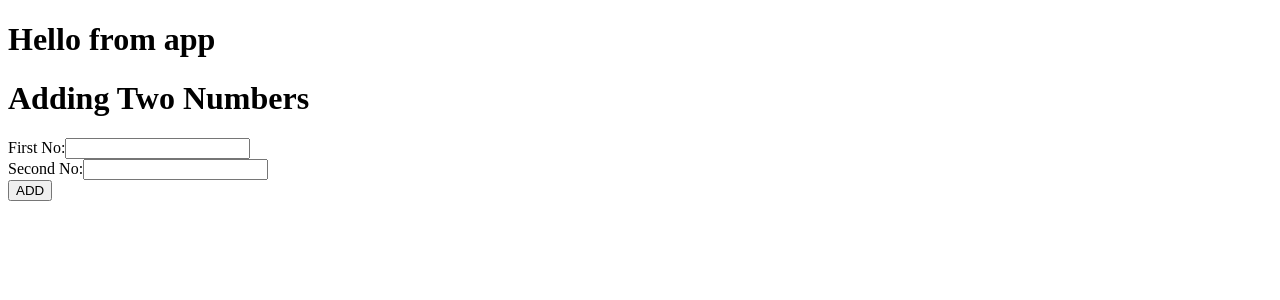
Repository: 1sanjeetsharma/cult-fit-clone
Page: /
An editor plug-in stored every save of this project. The page is shown before and after the next save, followed by the edit.
The browser window is 1280 px wide. The pictures show the whole page.
The project was rebuilt for these pictures with package versions that can differ from the ones it lists, and the page was loaded fresh each time. Also part of the build but not shown: vite.config.js.

Above is the page before, as saved 2023-06-12 11:04:49.

After the next save:
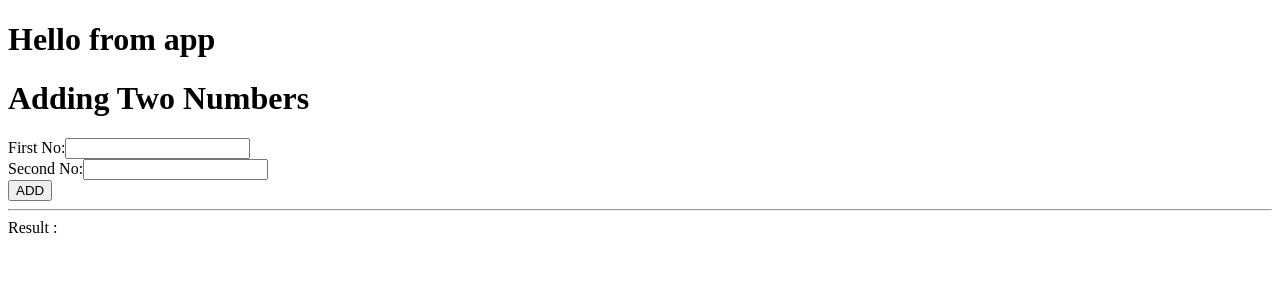
Saved 2 min 57 s later.
--- a/src/Add.jsx
+++ b/src/Add.jsx
@@ -2,11 +2,12 @@ import { Component } from "react";
 class Add extends Component {
   state = { fn: "", sn: "", res: "" };
   handlechange(e) {
-    // this.setState({ ...this.state });
+    this.setState({ ...this.state, [e.target.name]: e.target.value });
     console.log(e.target.value);
   }
   handleclick() {
     console.log("add clicked");
+    this.setState({ ...this.state, res: this.state.fn + this.state.sn });
   }
   render() {
     return (
@@ -29,6 +30,8 @@ class Add extends Component {
         />
         <br />
         <input type="button" value="ADD" onClick={this.handleclick} />
+        <hr />
+        Result : {this.state.res}
       </>
     );
   }
